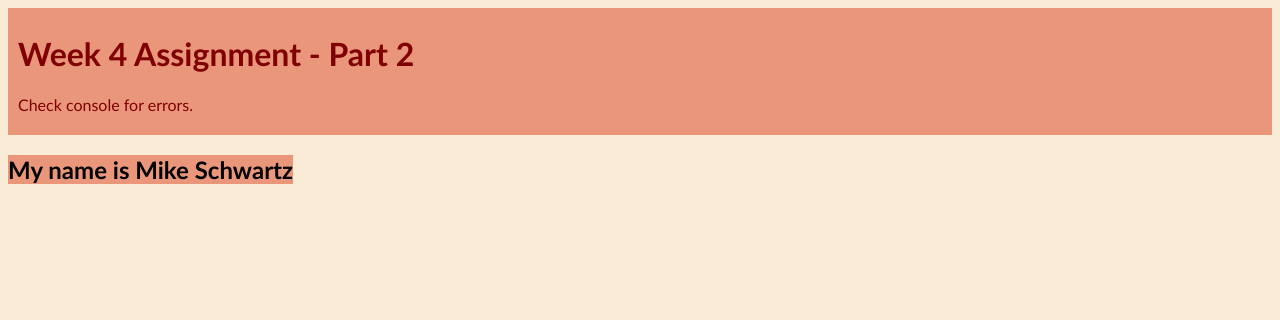
Repository: Ellusionism/prime-pw-week-4-assignment-part-2
Page: assignment/index.html
An editor plug-in stored every save of this project. The page is shown before and after a run of saves, followed by the edit.
The browser window is 1280 px wide. The pictures show the whole page.

Above is the page before, as saved 2022-11-16 17:55:08.

After the next 2 saves:
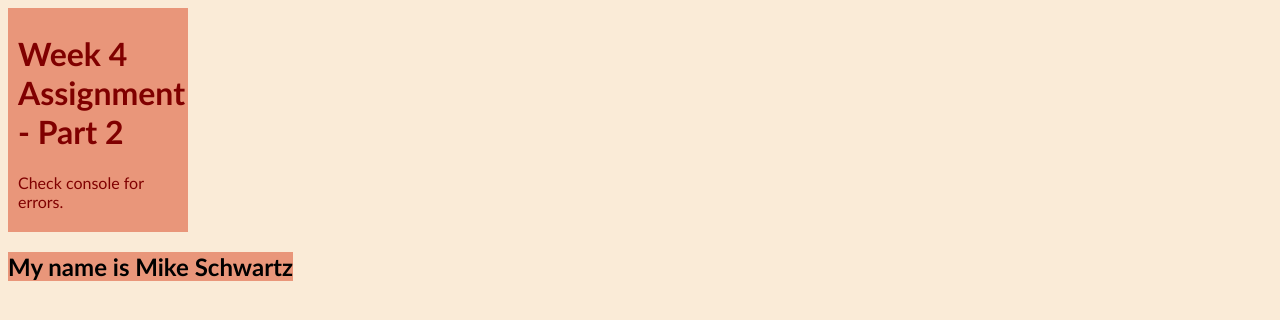
The 2 saves are shown as one change because they came seconds apart.
The last was saved 9 s later.
--- a/assignment/stylesheet.css
+++ b/assignment/stylesheet.css
@@ -5,7 +5,7 @@ body {
 
 .homepageHeader {
  background-color:darksalmon;
- width: ;
+ width: 10em;
  padding: 5px 10px;
  display: block;
  color: maroon;
